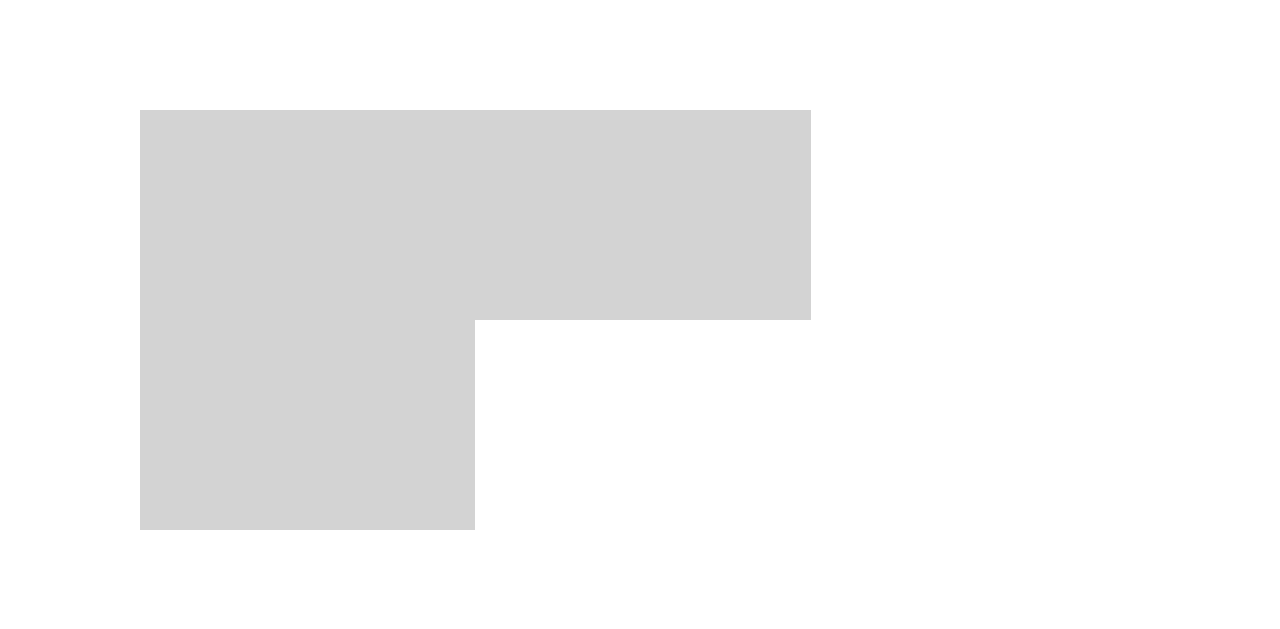
Repository: onopriienkoalina/onopriienkoalina.github.io
Page: dz9_containers/index.html
An editor plug-in stored every save of this project. The page is shown before and after a run of saves, followed by the edit.
The browser window is 1280 px wide. The pictures show the whole page.
The style sheet was rebuilt from its Sass, Less or Tailwind sources for each picture, by a compiler version that may differ from the author's.

Above is the page before, as saved 2021-12-01 18:19:28.

### dz9_containers/index.html
<!DOCTYPE html>
<html lang="en">
<head>
    <meta charset="UTF-8">
    <meta http-equiv="X-UA-Compatible" content="IE=edge">
    <meta name="viewport" content="width=device-width, initial-scale=1.0">
    <title>Document</title>
    <link href="reset.css" rel="stylesheet">
    <link href="css/style.css" rel="stylesheet">
</head>
<body>
    <div class="block1">
<div class="header"></div>
<div class="section"></div>
<div class="section"></div>
<div class="section"></div>
<div class="footer"></div>
</div>
</body>
</html>

### dz9_containers/style.scss

.section{
 float: left;
 width: 32.53%;
 height: 200px;
 padding: 5px;
 background-color: #D3D3D3;
}
.header {
    clear: left;
    width: 100%;
    height: 100px;
    padding: 5px;
}
.footer {
    clear: left;
    width: 100%;
    height: 50px;
    padding: 5px;
}
.block1 {
    width: 1000px;
    margin: auto;
}

Loaded but not shown: dz9_containers/reset.css (common file)

After the next 2 saves:
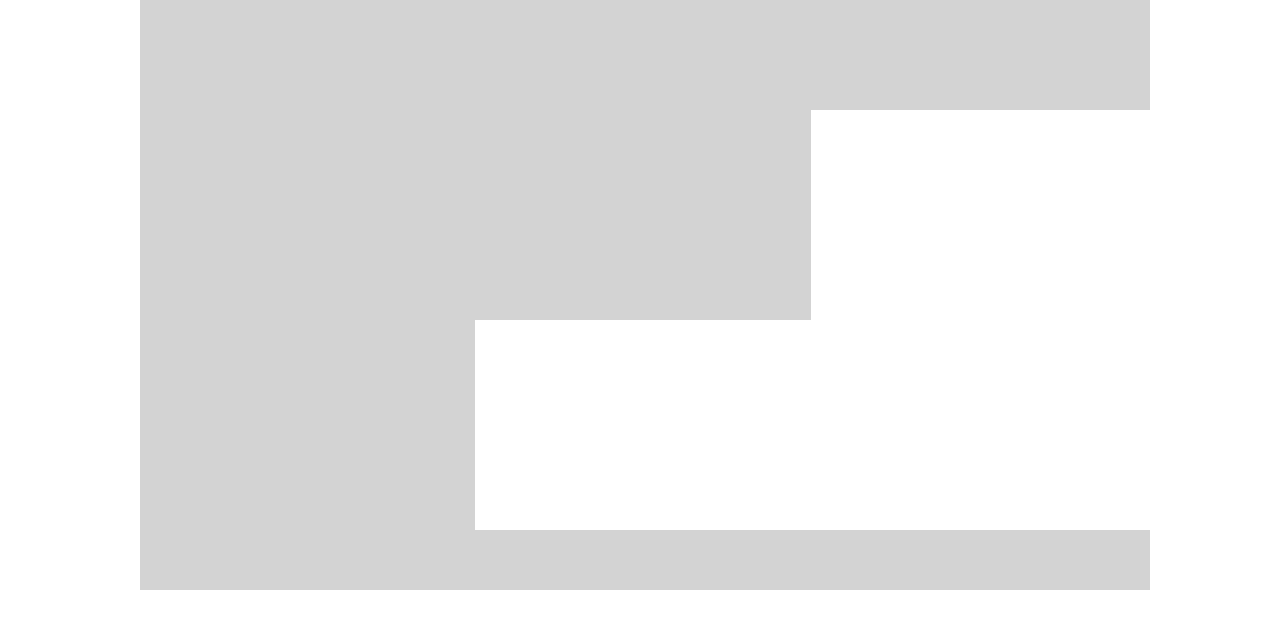
The 2 saves are shown as one change because they came seconds apart.
The last was saved 21 s later.
--- a/dz9_containers/style.scss
+++ b/dz9_containers/style.scss
@@ -11,12 +11,14 @@
     width: 100%;
     height: 100px;
     padding: 5px;
+    background-color: #D3D3D3;
 }
 .footer {
     clear: left;
     width: 100%;
     height: 50px;
     padding: 5px;
+    background-color: #D3D3D3;
 }
 .block1 {
     width: 1000px;
